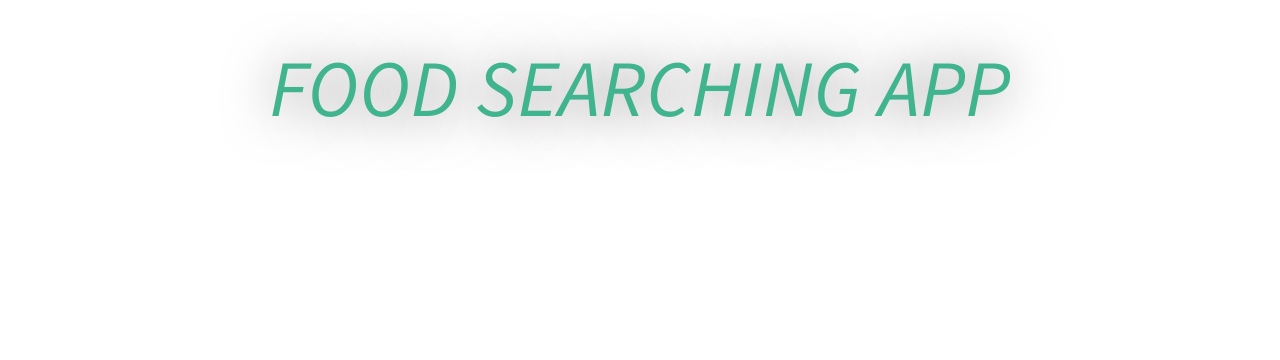
Repository: priyavmehta/React-Food-Recipe-App
Page: /about
The author's editor kept a copy of each file at every save. The page is drawn from the files as they stood at one save, then again after the next save.
The browser window is 1280 px wide. The pictures show the whole page.
The project was rebuilt for these pictures with package versions that can differ from the ones it lists, and the page was loaded fresh each time.

Above is the page before, as saved 2020-07-08 23:29:04.

### public/index.html
<!DOCTYPE html>
<html lang="en">
  <head>
    <meta charset="utf-8" />
    <link rel="icon" href="%PUBLIC_URL%/favicon.ico" />
    <meta name="viewport" content="width=device-width, initial-scale=1" />
    <meta name="theme-color" content="#000000" />
    <meta
      name="description"
      content="Web site created using create-react-app"
    />
    <link rel="apple-touch-icon" href="%PUBLIC_URL%/logo192.png" />
    <link rel="manifest" href="%PUBLIC_URL%/manifest.json" />

    <link rel="stylesheet" href="https://stackpath.bootstrapcdn.com/bootstrap/4.4.1/css/bootstrap.min.css"
        integrity="sha384-Vkoo8x4CGsO3+Hhxv8T/Q5PaXtkKtu6ug5TOeNV6gBiFeWPGFN9MuhOf23Q9Ifjh" crossorigin="anonymous">
    <script src="https://code.jquery.com/jquery-3.4.1.slim.min.js"
        integrity="sha384-J6qa4849blE2+poT4WnyKhv5vZF5SrPo0iEjwBvKU7imGFAV0wwj1yYfoRSJoZ+n"
        crossorigin="anonymous"></script>
    <script src="https://cdn.jsdelivr.net/npm/popper.js@1.16.0/dist/umd/popper.min.js"
        integrity="sha384-Q6E9RHvbIyZFJoft+2mJbHaEWldlvI9IOYy5n3zV9zzTtmI3UksdQRVvoxMfooAo"
        crossorigin="anonymous"></script>
    <script src="https://stackpath.bootstrapcdn.com/bootstrap/4.4.1/js/bootstrap.min.js"
        integrity="sha384-wfSDF2E50Y2D1uUdj0O3uMBJnjuUD4Ih7YwaYd1iqfktj0Uod8GCExl3Og8ifwB6"
        crossorigin="anonymous"></script>

    <title>Food App</title>
  </head>
  <body>
    <noscript>You need to enable JavaScript to run this app.</noscript>
    <div id="root"></div>
    <!--
      This HTML file is a template.
      If you open it directly in the browser, you will see an empty page.

      You can add webfonts, meta tags, or analytics to this file.
      The build step will place the bundled scripts into the <body> tag.

      To begin the development, run `npm start` or `yarn start`.
      To create a production bundle, use `npm run build` or `yarn build`.
    -->
  </body>
</html>

### src/App.js
import React from 'react';
import axios from 'axios'
import './App.css';

const App = () => {
  const YOUR_APP_ID = 'a232e31f';
  const YOUR_APP_KEY = 'd3cfbfb089b421a6f5135d309faa2604';

  const url = `https://api.edamam.com/search?q=chicken&app_id=${YOUR_APP_ID}&app_key=${YOUR_APP_KEY}`

  const getData = async () => {
    const data = await axios.get(url);
    console.log(data)
  }

  return (
    <div className="App">
      <h1 onClick = {getData}>Food Searching App</h1>
    </div>
  );
}

export default App;

### src/App.css
@import url("https://fonts.googleapis.com/css?family=Source+Sans+Pro:300,300i,400,400i,600,600i,700&display=swap");

* {
  font-family: "Source Sans Pro", sans-serif;
  margin: 0;
  padding: 0;
  text-decoration: none;
  list-style-type: none;
  outline: none;
}

html {
  font-size: 62.5%;
}

.App {
  display: flex;
  flex-direction: column;
  align-items: center;
}

h1 {
  font-size: 8rem;
  letter-spacing: 0.1rem;
  font-style: italic;
  color: #40b48e;
  text-shadow: 0 0.2rem 5rem rgb(119, 115, 115);
  text-transform: uppercase;
  margin: 4rem 0;
}

.search-form {
  width: 60rem;
  height: 10rem;
  display: flex;
  justify-content: center;
  align-items: center;
  background-color: #d3d3d3;
  border-radius: 0.5rem;
  margin-bottom: 5rem;
  box-shadow: 1rem 2rem 5rem #aaa;
  position: relative;
}

.alert {
  position: absolute;
  top: -3rem;
  left: 0;
  background-color: rgb(233, 72, 72);
  width: calc(100% - 0.4rem);
  border-radius: 0.5rem;
  padding: 0.2rem;
}

.alert h3 {
  font-size: 1.8rem;
  color: #fff;
  font-weight: 400;
  text-transform: uppercase;
  text-align: center;
}

.search-form input {
  font-size: 1.6rem;
  border: none;
  border-bottom: 0.1rem solid #ccc;
  margin: 0 0.5rem;
  border-radius: 0.5rem;
  height: 3rem;
}

.search-form input[type="text"] {
  padding: 0 0.5rem;
  width: 60%;
  color: #555;
}

.search-form input[type="submit"] {
  width: 25%;
  text-transform: uppercase;
  background-color: #40b48e;
  color: #fff;
}

.recipes {
  width: 90%;
  display: flex;
  align-items: center;
  flex-wrap: wrap;
  justify-content: center;
  align-items: flex-start;
}

.recipe {
  width: 30rem;
  margin: 3rem;
  display: flex;
  flex-direction: column;
  background-color: #d3d3d3;
  padding: 2rem;
  position: relative;
  border-radius: 0.5rem;
  box-shadow: 2rem 3rem 5rem #aaa;
}

.recipe h2 {
  background-color: rgba(161, 161, 161, 0.7);
  border-radius: 0.5rem;
  padding: 0.3rem 0.5rem;
  position: absolute;
  top: 2.5rem;
  left: 2.5rem;
  right: 2.5rem;
  font-size: 2.5rem;
  font-weight: 400;
  text-shadow: 0 0.5rem 0.5rem #555;
  color: #fff;
}

.recipe img {
  border-radius: 0.5rem;
  object-fit: cover;
}

.recipe a {
  font-size: 1.8rem;
  color: #40b48e;
}

.recipe button {
  font-size: 2rem;
  text-transform: uppercase;
  color: #fff;
  background-color: #40b48e;
  border: none;
  border-radius: 0.5rem;
  height: 3rem;
}

.ingredient-list {
  margin-top: 1rem;
  background-color: #f0f0f0;
  border-radius: 0.5rem;
  padding: 0.5rem;
}

.ingredient-list li {
  margin: 0.5rem 0;
}

.ingredient-text {
  font-size: 1.5rem;
  color: #888;
}

.ingredient-weight {
  color: #40b48e;
  font-size: 1.3rem;
}

Loaded but not shown: src/index.js (common file); src/index.css (common file); src/serviceWorker.js (common file)

After the next save:
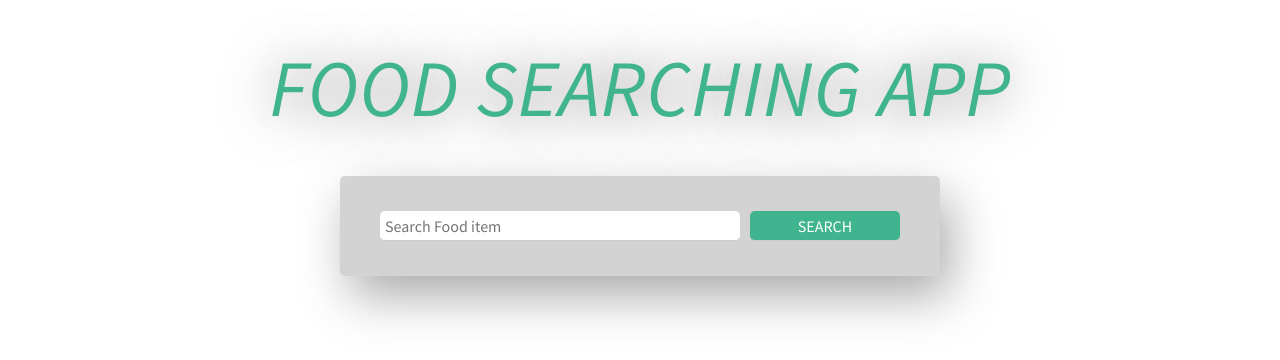
Saved 10 h 39 min later.
--- a/src/App.js
+++ b/src/App.js
@@ -13,9 +13,18 @@ const App = () => {
     console.log(data)
   }
 
+  const onSubmit = (event) =>{
+    event.preventDefault()
+    getData()
+  }
+
   return (
     <div className="App">
       <h1 onClick = {getData}>Food Searching App</h1>
+      <form className = "search-form" onSubmit = {onSubmit}>
+        <input type="text" placeholder = "Search Food item" autoComplete = "off" />
+        <input type = "submit" value = "Search" />
+      </form>
     </div>
   );
 }
